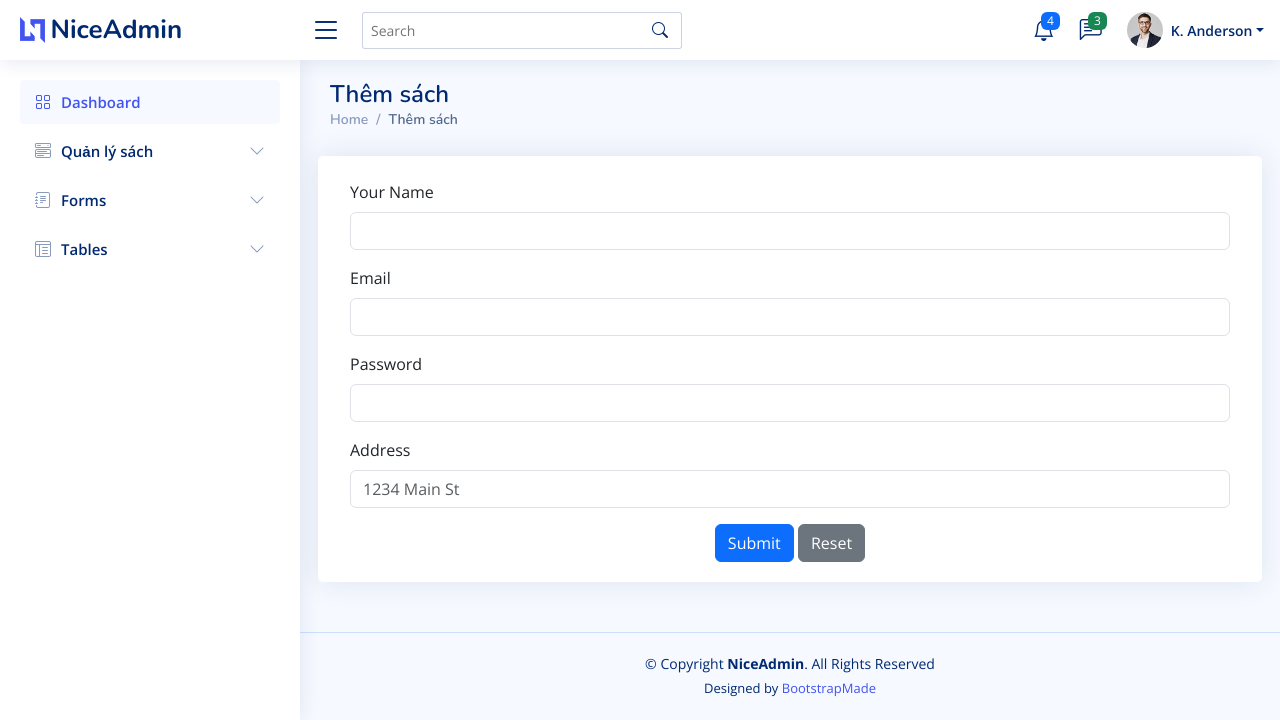
Repository: Hoainam7895123/library_manager
Page: http://localhost/library_manager/addBook.jsp
These files come from the project's save history. The page is drawn as it stood at one moment and after the next save; the edit follows.
The browser window is 1280 px wide. The pictures show the whole page.
The page is served by Tomcat 9.

Above is the page before, as saved 2024-06-06 01:11:22.

After the next save:
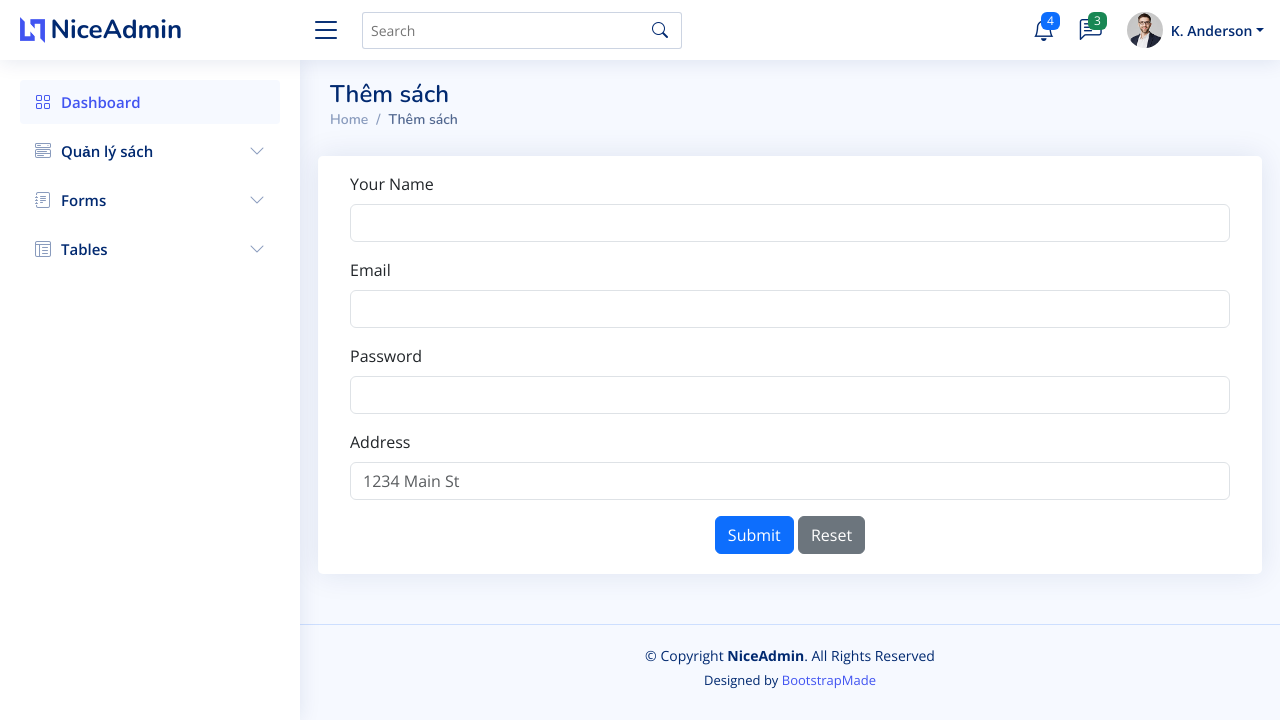
Saved 6 s later.
--- a/library_manager/src/main/webapp/addBook.jsp
+++ b/library_manager/src/main/webapp/addBook.jsp
@@ -355,7 +355,7 @@
 					<div class="card-body">
 						<!-- Vertical Form -->
 						<form class="row g-3">
-							<div class="col-12 pt-4">
+							<div class="col-12 pt-3">
 								<label for="inputNanme4" class="form-label">Your Name</label> <input
 									type="text" class="form-control" id="inputNanme4">
 							</div>
